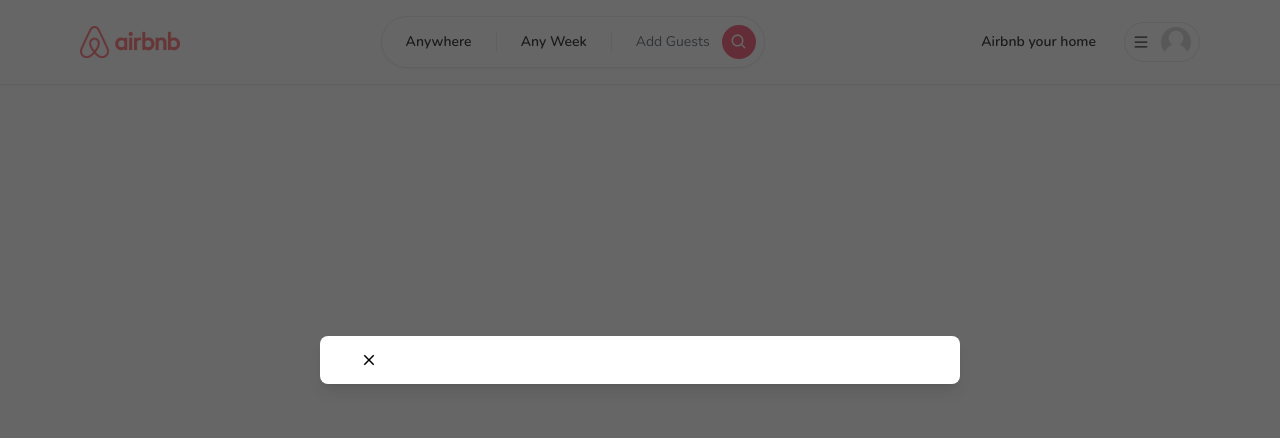
Repository: kriptovekediler/airbnb-clone
Page: /
The author's editor kept a copy of each file at every save. The page is drawn from the files as they stood at one save, then again after the next save.
The browser window is 1280 px wide. The pictures show the whole page.
The project was rebuilt for these pictures with package versions that can differ from the ones it lists, and the page was loaded fresh each time. The framework's server and built-in components were replaced by stand-ins that run in the browser. Also part of the build but not shown: next.config.js, app/components/Navbar/MenuItem.tsx.

Above is the page before, as saved 2023-07-04 10:38:46.

### app/layout.tsx
import {Nunito} from 'next/font/google'
import './globals.css'
import Navbar from './components/Navbar/Navbar'
import ClientOnly from './components/ClientOnly'
import Modal from './components/modals/Modal'

export const metadata = {
  title: 'Airbnb',
  description: 'AirBnb Clone',
}

const font = Nunito({
  subsets: ['latin']
})

export default function RootLayout({
  children,
}: {
  children: React.ReactNode
}) {
  return (
    <html lang="en">
      <body className={font.className}>
        <ClientOnly>
          <Modal isOpen/>
        <Navbar/>z
        </ClientOnly>
        {children}
        </body>
    </html>
  )
}

### app/page.tsx
export default function Home() {
  return (
    <div className="text-rose-500 text-2xl">Hello AirBnB</div>
  )
}

### app/components/Navbar/Navbar.tsx
import React from 'react'
import Container from '../Container'
import Logo from './Logo'
import Search from './Search'
import UserMenu from './UserMenu'

const Navbar = () => {
  return (
    <div className='fixed w-full bg-white z-10 shadow-sm'>
        <div className='py-4 border-b-[1px]'>
            <Container>
                <div
                className='
                flex
                flex-row
                items-center
                justify-between
                gap-3
                md:gap-0
                '
                >
                    <Logo/>
                    <Search/>
                    <UserMenu/>
                </div>
            </Container>
        </div>
    </div>
  )
}

export default Navbar

### app/components/ClientOnly.tsx
'use client'

import React, { useEffect, useState } from 'react'

interface ClientOnlyProps {
    children: React.ReactNode
}
const ClientOnly: React.FC<ClientOnlyProps> = ({children}) => {

    const [hasMounted, setHasMounted] = useState(false)

    useEffect(() => {
        setHasMounted(true)
    }, [])

    if(!hasMounted) {
        return null
    }

  return (
    <>{children}</>
  )
}

export default ClientOnly

### app/components/modals/Modal.tsx
'use client'

import React, { useCallback, useEffect, useState } from 'react'
import {IoMdClose} from 'react-icons/io'

interface ModalInterfaceProps {
isOpen?: boolean;
disabled?:boolean;
onSubmit: () => void
onClose: () => void
actionLabel:string
secondaryAction?:() => void
title?:string
body?: React.ReactElement
footer?: React.ReactElement
secondaryLabel:string
}

const Modal: React.FC<ModalInterfaceProps> = ({title,isOpen,disabled,onSubmit,onClose,actionLabel,body, footer,secondaryLabel,secondaryAction}) => {

  const [showModal, setShowModal] = useState(isOpen);

  useEffect(() => {
    setShowModal(isOpen)
  }, [isOpen])

  const handleClose = useCallback(() => {
    if(disabled) {
    return
  }
    setShowModal(false)
    setTimeout(() =>{
      onClose()
    },300)
  }, [onClose, disabled])

  const handleSubmit = useCallback(() => {
    if(disabled){
    return}

    onSubmit()
  }, [onSubmit, disabled])

  const handleSecondaryAction = useCallback(() => {
    if(disabled || !secondaryAction) {
      return
    }
    secondaryAction()

  }, [disabled, secondaryAction])

  if(!isOpen) {
    return null
  }
  return (
    <div
    className='
    justify-center
    items-center
    flex
    overflow-x-hidden
    overflow-y-auto
    fixed
    inset-0
    z-50
    outline-none
    focus:outline-none
    bg-neutral-800/70
    '
    >
      <div
      className='
      relative
      w-full
      md:w-4/6
      lg:w-3/6
      xl:w-/5
      my-6
      mx-auto
      h-full
      lg:h-auto
      md:h-auto
      '
      >
        {/* CONTENT */}
        <div
        className={`
        translate
        duration-300
        h-full
        ${showModal? 'translate-y-0' : 'translate-y-full'}
        ${showModal? 'opacity-100' : 'opacity-0'}
        `}
        >
          <div
          className='
          translate
          h-full
          lg:h-auto
          md:h-auto
          border-0
          rounded-lg
          shadow-lg
          relative
          flex
          flex-col
          w-full
          bg-white
          outline-none
          focus:outline-none
          '
          >
            {/* Header */}
            <div
            className='flex
            items-center
            p-6
            rounded-t
            justify-center
            relative
            '
            >
              <button
              onClick={handleClose}
              className='p-1
              border-0
              hover:opacity-70
              transition
              absolute
              left-9
              '
              >
                <IoMdClose size={18}/>
              </button>
              <div
              className='text-lg font-semibold'
              >
                {title}
              </div>
            </div>
          </div>
        </div>
      </div>
    </div>
  )
}

export default Modal

### app/components/Container.tsx
'use client'

interface ContainerProps {
    children: React.ReactNode;
}

const Container: React.FC<ContainerProps> = ({children}) => {
  return (
    <div
    className="max-w-[2520px] mx-auto xl:px-20 md:px-10 sm: px-2 px-4"
    >{children}</div>
  )
}

export default Container

### app/components/Navbar/Logo.tsx
'use client'

import Image from "next/image"
import {useRouter} from 'next/navigation'

const Logo = () => {
    const router = useRouter()

  return (
    <Image
    alt="Logo"
    className="hidden md:block cursor-pointer"
    height='100'
    width='100'
    src='/images/logo.png'
    />
  )
}

export default Logo

### app/components/Navbar/Search.tsx
'use client'

import {BiSearch} from 'react-icons/bi'

const Search = () => {
  return (
    <div
    className="
    border-[1px]
    w-full
    md:w-auto
    py-2
    rounded-full
    shadow-sm
    hover:shadow-md
    transition
    cursor-pointer
    "
    >
        <div
        className="
        flex
        flex-row
        items-center
        justify-between
        "
        >
            <div
            className="
            text-sm
            font-semibold
            px-6
            "
            >
                Anywhere
            </div>
            <div
            className="
            hidden
            sm:block
            text-sm
            font-semibold
            px-6
            border-x-[1px]
            flex-1
            text-center
            "
            >
              Any Week
            </div>
            <div
            className="
            text-sm
            pl-6
            pr-2
            text-gray-600
            flex
            flex-row
            items-center
            gap-3
            "
            >
              <div className='hidden sm:block'> Add Guests</div>
            <div
            className="
            p-2
            bg-rose-500
            rounded-full
            text-white
            "
            >
              <BiSearch size={18}/>
            </div>
            </div>
        </div>
    </div>
  )
}

export default Search

### app/components/Navbar/UserMenu.tsx
'use client'

import {AiOutlineMenu} from 'react-icons/ai'
import Avatar from '../Avatar'
import { useCallback, useState } from 'react'
import MenuItem from './MenuItem'

const UserMenu = () => {
  const [isOpen, setIsOpen] = useState(false);

  const toggleOpen = useCallback(() => {
    setIsOpen((value) => !value)
  },[])

  return (
    <div className="relative">
      <div className="flex flex-row items-center gap-3">
        <div
        onClick={() => {}}
        className="
        hidden
        md:block
        text-sm
        font-semibold
        py-3
        px-4
        rounded-full
        hover:bg-neutral-100
        transition
        cursor-pointer
        "
        >
          Airbnb your home
        </div>
        <div
        onClick={toggleOpen}
        className="
        p-4
        md:py-1
        md:px-2
        border-[1px]
        border-neutral-200
        flex
        flex-row
        items-center
        gap-3
        rounded-full
        cursor-pointer
        hover:shadow-md
        transition
        border
        "
        >
        <AiOutlineMenu/>
        <div className='hidden md:block'>
          <Avatar/>
        </div>
        </div>
      </div>
      {isOpen && (
        <div
        className='
        absolute
        rounded-xl
        shadow-md
        w-[40vw]
        md:w-3/4
        bg-white
        overflow-hidden
        right-0
        top-12
        text-sm
        '
        >
          <div
          className='
          flex
          flex-col
          cursor-pointer
          '
          >
            <>
            <MenuItem
            onClick={() => {}}
            label='Login'
            />
            <MenuItem
            onClick={() => {}}
            label='Sign Up'
            />
            </>
          </div>
        </div>
      )}
    </div>
  )
}

export default UserMenu

### app/components/Avatar.tsx
import Image from 'next/image'
import React from 'react'

const Avatar = () => {
  return (
    <Image
    className='rounded-full'
    height='30'
    width='30'
    alt='Avatar'
    src='/images/placeholder.jpg'
    />
)
}

export default Avatar

Loaded but not shown: app/globals.css (common file); tailwind.config.js (common file)

After the next save:
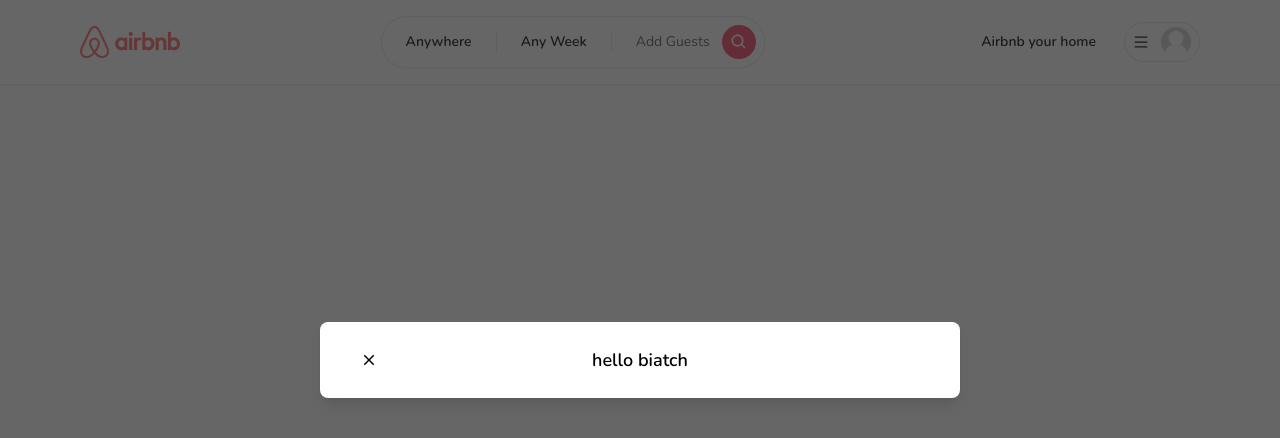
Saved 9 s later.
--- a/app/layout.tsx
+++ b/app/layout.tsx
@@ -22,7 +22,7 @@
     <html lang="en">
       <body className={font.className}>
         <ClientOnly>
-          <Modal isOpen/>
+          <Modal title='hello biatch' isOpen/>
         <Navbar/>z
         </ClientOnly>
         {children}
